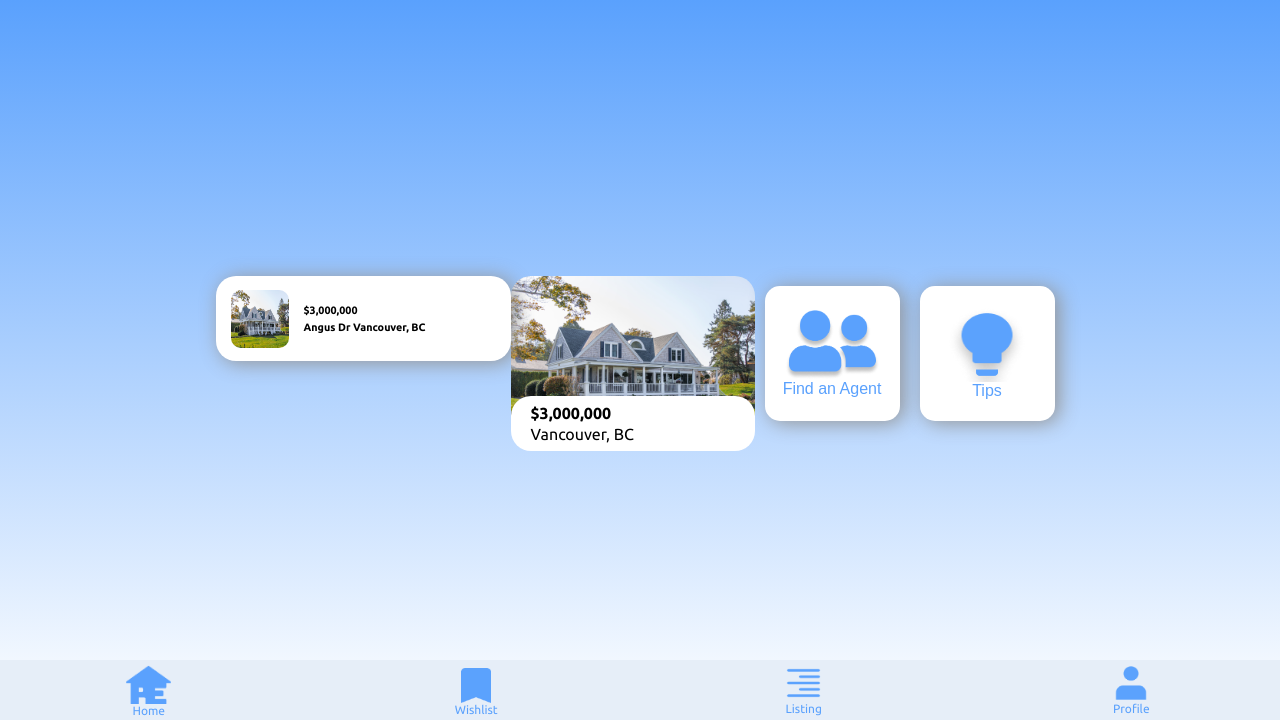
Repository: msyukurrr/realeasy
Page: /
The author's editor kept a copy of each file at every save. The page is drawn from the files as they stood at one save, then again after the next save.
The browser window is 1280 px wide. The pictures show the whole page.
The project was rebuilt for these pictures with package versions that can differ from the ones it lists, and the page was loaded fresh each time. The framework's server and built-in components were replaced by stand-ins that run in the browser. Also part of the build but not shown: next.config.js, components/CatButton.js.

Above is the page before, as saved 2023-01-27 19:55:21.

After the next save:
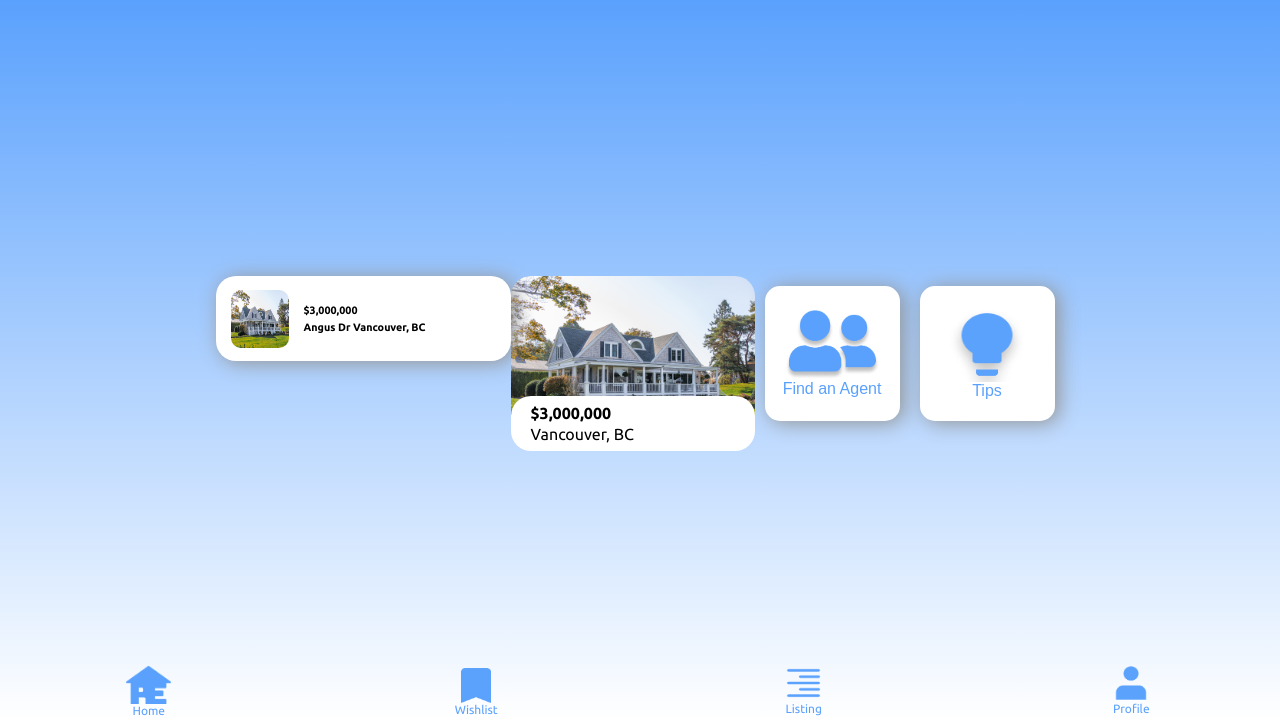
Saved 46 s later.
--- a/components/NavBar.js
+++ b/components/NavBar.js
@@ -10,7 +10,7 @@ const NavCont = styled.nav`
 display: flex;
 justify-content: space-around;
 width: 100%;
-background-color: #E6EEF8;
+background-color: transparent;
 height: 60px;
 `
 const HomeCont = styled.div`
